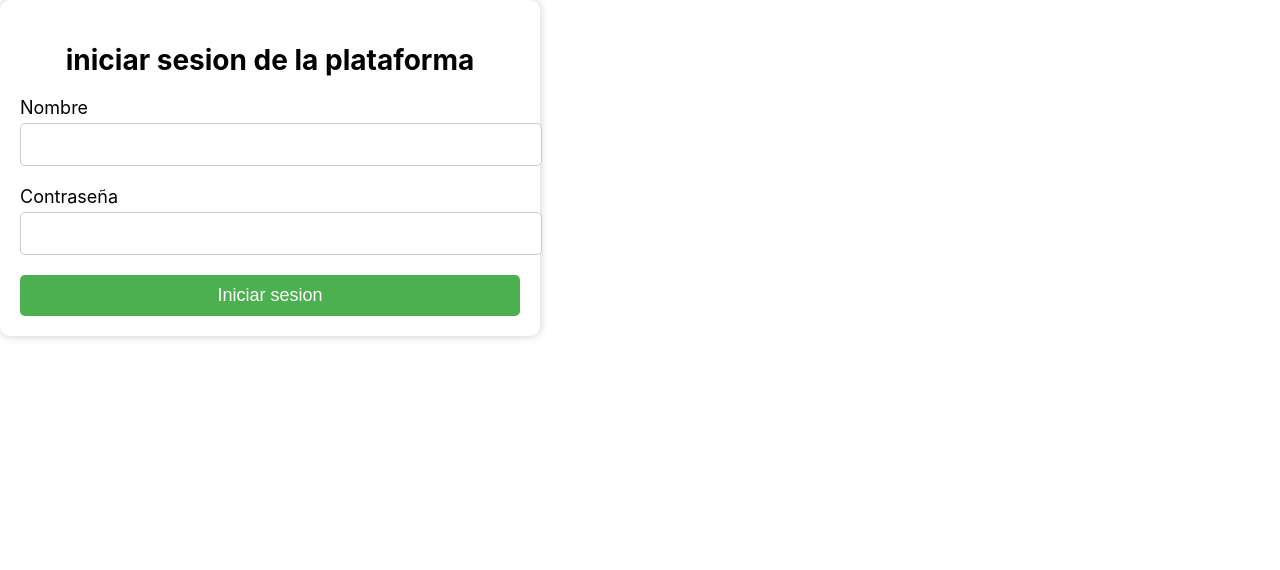
Repository: n0soyHacker/school-administration-app
Page: /
The author's editor kept a copy of each file at every save. The page is drawn from the files as they stood at one save, then again after the next save.
The browser window is 1280 px wide. The pictures show the whole page.
The project was rebuilt for these pictures with package versions that can differ from the ones it lists, and the page was loaded fresh each time.

Above is the page before, as saved 2023-02-18 19:37:37.

After the next save:
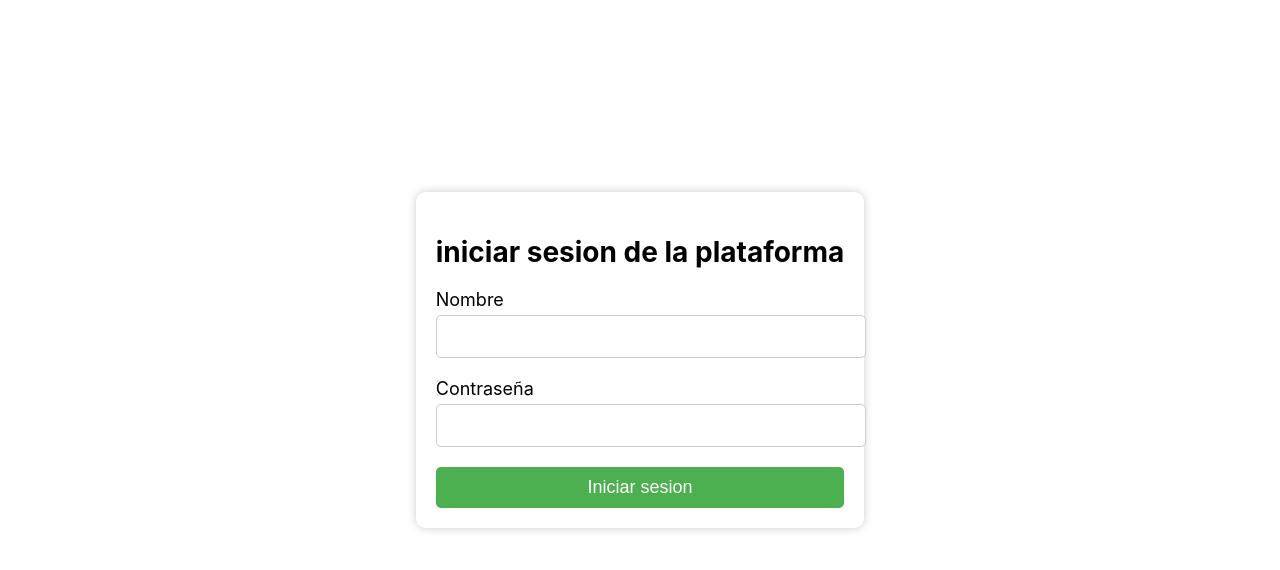
Saved 23 s later.
--- a/src/styleForm.css
+++ b/src/styleForm.css
@@ -1,12 +1,13 @@
-.container {
+.App {
+  height: 100vh;
   display: flex;
   justify-content: center;
   align-items: center;
-  height: 100vh;
 }
 
 .form-container {
   max-width: 500px;
+  margin: 0 auto;
   background-color: #fff;
   padding: 20px;
   border-radius: 10px;
